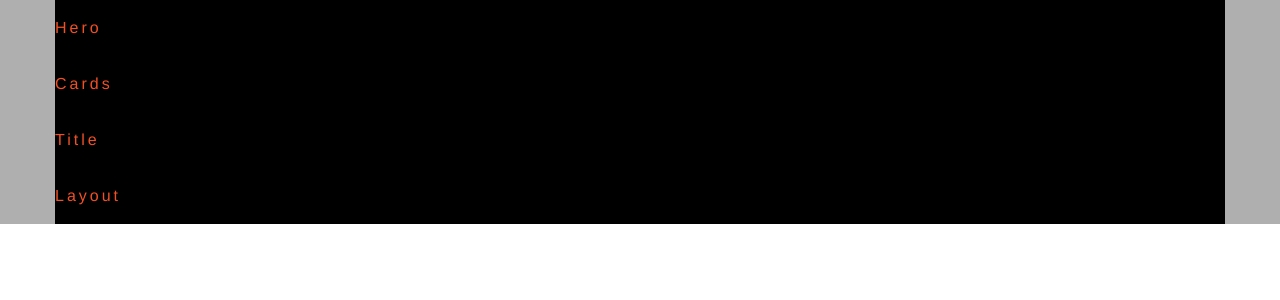
Repository: Ndifoinhilary/css_grid
Page: css-grid-learn/index.html
These files come from the project's save history. The page is drawn as it stood at one moment and after the next save; the edit follows.
The browser window is 1280 px wide. The pictures show the whole page.

Above is the page before, as saved 2024-01-28 10:31:42.

After the next save:
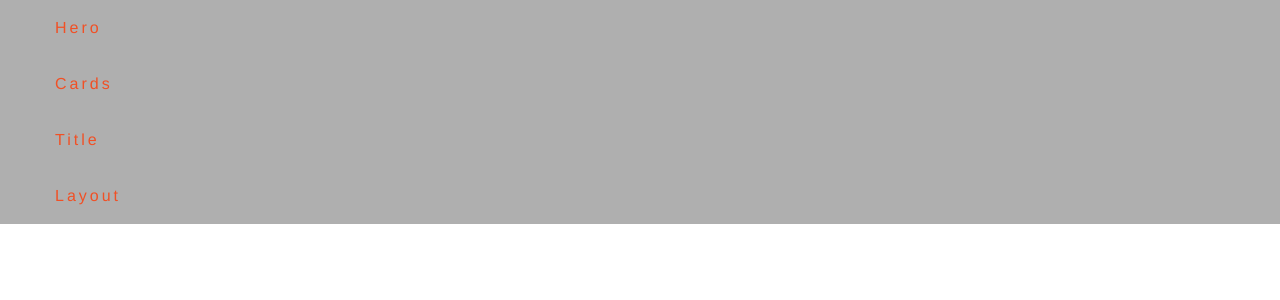
Saved 3 min 35 s later.
--- a/css-grid-learn/main.css
+++ b/css-grid-learn/main.css
@@ -123,6 +123,7 @@ navbar css here
     .nav-links{
         max-width: 1170px;
         margin: 0 auto;
-        background: black;
+        display: grid;
+        grid-template-columns: repeat(auto, 1fr);
     }
 }
